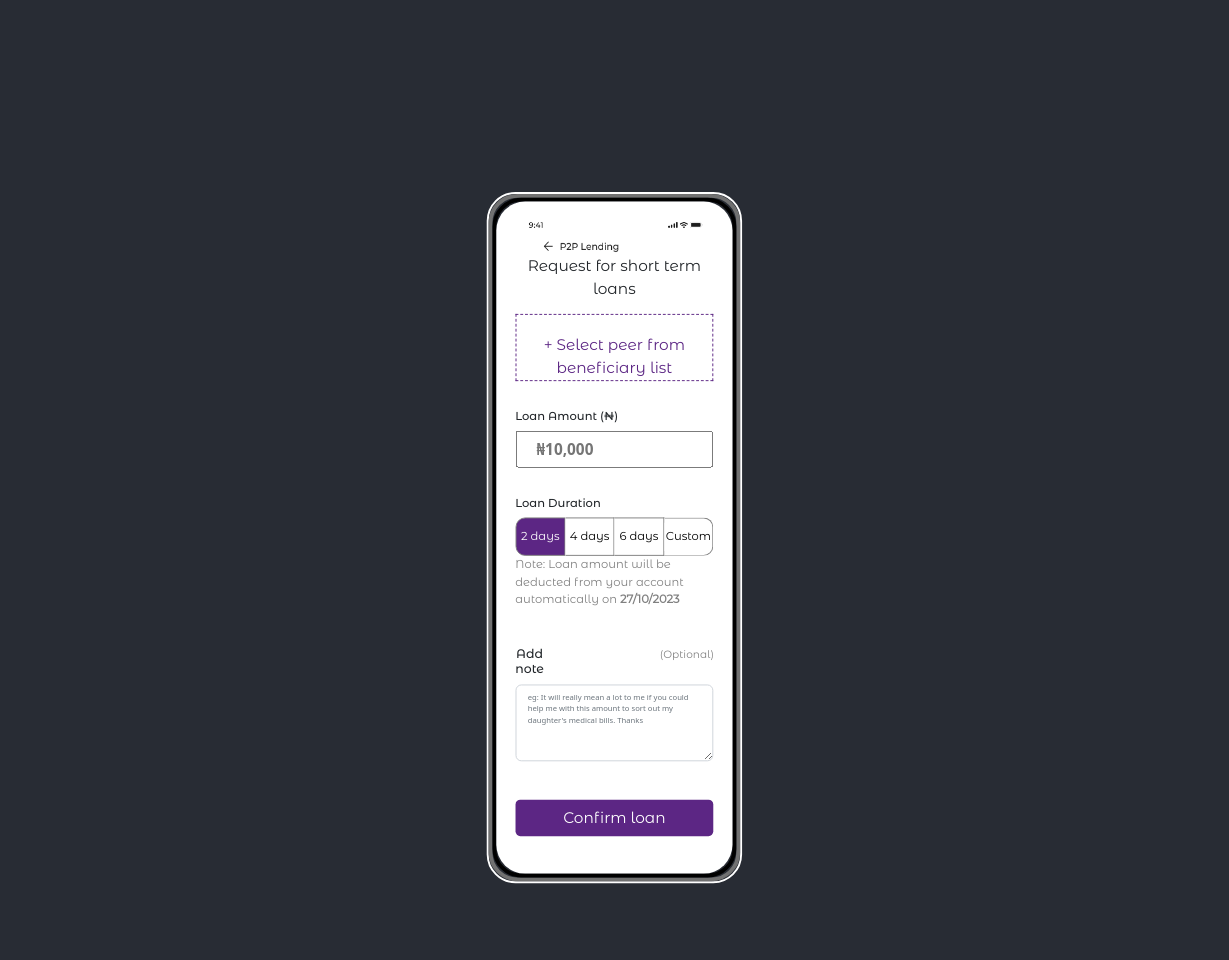
Repository: sarahnnanyelugo/fcmb-hackathon
Page: /loan-interface
The author's editor kept a copy of each file at every save. The page is drawn from the files as they stood at one save, then again after the next save.
The browser window is 1280 px wide. The pictures show the whole page, at 96% of full size.
The project was rebuilt for these pictures with package versions that can differ from the ones it lists, and the page was loaded fresh each time. Also part of the build but not shown: src/Pages/Home.js.

Above is the page before, as saved 2023-10-28 22:27:05.

### src/App.js
import "bootstrap/dist/css/bootstrap.min.css";
import { BrowserRouter, Routes, Route, Link, Outlet } from "react-router-dom";
import Home from "./Pages/Home";
import LoanInterface from "./Pages/LoanInterface";
import "./App.scss";
function App() {
  return (
    <>
      <Routes>
        <Route path="/" element={<Home />} />
        <Route path="loan-interface" element={<LoanInterface />} />
      </Routes>
    </>
  );
}
export default App;

### src/Pages/LoanInterface.js
import Top from "../assets/images/top.png";
import Back from "../assets/images/back.png";

import "./style.scss";
import { useState } from "react";
import { Link } from "react-router-dom";
import Beneficiaries from "../components/Beneficiaries";

function LoanInterface() {
  const [toDuration, setToDuration] = useState("2 days");
  function setThisDuration(curr) {
    if (curr !== toDuration) {
      setToDuration(curr);
    }
  }
  return (
    <>
      <div className="app-header">
        <center>
          <div className="col-md-3">
            <center>
              <div className="col-md-10 app">
                <div className="app-inner">
                  <div className="app-inner2">
                    <div className="app-face">
                      {" "}
                      <img src={Top} alt="icon" width="100%" />{" "}
                      <div className="col-md-12">
                        {" "}
                        <Link to={"/"} style={{ float: "left" }}>
                          {" "}
                          <img src={Back} alt="icon" width="60%" />
                        </Link>
                        <p style={{ float: "left" }}>
                          Request for short term loans
                        </p>
                      </div>
                      <div className="col-md-12">
                        {" "}
                        <Beneficiaries />
                      </div>
                      <div className="col-md-12 amount">
                        <h6 style={{ float: "left" }}>Loan Amount (₦)</h6>
                        <input placeholder="₦10,000" type="text" />
                      </div>
                      <div className="col-md-12 duration">
                        <h6 style={{ float: "left" }}>Loan Duration</h6>

                        <div className="col-md-12 flexy button-holder">
                          <button
                            onClick={() => setThisDuration("2 days")}
                            id="btn1"
                            className={` ${
                              toDuration === "2 days" ? "curr-active" : ""
                            }`}
                          >
                            2 days
                          </button>
                          <button
                            onClick={() => setThisDuration("4 days")}
                            id="btn2"
                            className={` ${
                              toDuration === "4 days" ? "curr-active" : ""
                            }`}
                          >
                            4 days
                          </button>
                          <button
                            onClick={() => setThisDuration("6 days")}
                            id="btn3"
                            className={` ${
                              toDuration === "6 days" ? "curr-active" : ""
                            }`}
                          >
                            6 days
                          </button>
                          <button
                            onClick={() => setThisDuration("Custom")}
                            id="btn4"
                            className={` ${
                              toDuration === "Custom" ? "curr-active" : ""
                            }`}
                          >
                            Custom
                          </button>
                        </div>
                        <p>
                          Note: Loan amount will be deducted from your account
                          automatically on <span> 27/10/2023</span>
                        </p>
                      </div>
                      <div className="col-md-12 remark">
                        <div className="flexy">
                          {" "}
                          <h6>Add note</h6>
                          <small className="offset-md-7">(Optional)</small>
                        </div>
                        <textarea
                          placeholder="eg: It will really mean a lot to me if you could help me with this amount to sort out my daughter's medical bills. Thanks"
                          className="form-control"
                        />
                      </div>
                      <center>
                        <button className="confirm-btn">Confirm loan</button>
                      </center>
                    </div>
                  </div>
                </div>
              </div>
            </center>
          </div>
        </center>
      </div>
    </>
  );
}

export default LoanInterface;

### src/App.scss
@font-face {
  font-family: montB;
  src: url(./assets/fonts/mont/MontserratAlternates-Medium.otf);
}
@font-face {
  font-family: montBB;
  src: url(./assets/fonts/mont/MontserratAlternates-Bold.otf);
}
@font-face {
  font-family: montR;
  src: url(./assets/fonts/mont/MontserratAlternates-Regular.otf);
}

h1,
h2,
h3,
h4,
h5,
h6 {
  font-family: montB;
}
p,
small,
button,
a,
li {
  font-family: montR;
}

### src/Pages/style.scss
.app-header {
  background-color: #282c34;
  height: 1000px;
  padding-top: 200px;
  width: 100%;
}

.app {
  border: solid 2px #fff;
  height: 720px;
  border-radius: 30px;
}
.app-inner {
  border: solid 4px #717171;
  height: 100%;
  border-radius: 30px;
}
.app-inner2 {
  border: solid 4px #000;
  height: 100%;
  border-radius: 30px;
}
.app-face {
  background: #fff;
  height: 100%;
  border-radius: 30px;
  padding: 10px 20px 0px 20px;
  a {
    color: #5c2684;
    text-decoration: none;
    font-size: 12px;
    font-weight: bold;
  }
}
.flexy {
  display: flex;
}
.flexy1 {
  flex-grow: 1;
}
.balance {
  h5 {
    color: #5c2684;
    margin-bottom: 30px;
  }
  small {
    font-size: 11px;
  }
  img {
    margin-top: -10px;
  }
}
.access {
  margin-top: 50px;
  h6 {
    font-size: 12px;
    margin-top: 5px;
  }
  a {
    color: #000;
  }
}
.access2 {
  margin-top: 20px;
  margin-bottom: 20px;
  h6 {
    font-size: 12px;
    margin-top: 5px;
  }
  a {
    color: #000;
  }
}
.transactions {
  margin-top: 20px;
  h6 {
    font-size: 12px;
    margin-bottom: 0 !important;
    margin-top: 10px;
  }
  a {
    font-size: 10px;
    color: grey;
    text-decoration: none;
    margin-top: 0;
  }
}
.footer {
  border-top: solid 1px rgb(202, 201, 201);
  padding-top: 15px;
  margin-top: 10px;
  h6 {
    font-size: 11px;
  }
}
.dash {
  border-radius: 10px;
  border: solid 2px black;
  height: 2px;
}
.amount {
  margin-top: 30px;
  h6 {
    font-size: 12px;
  }
  input {
    padding: 5px 20px;
    width: 100%;
    font-weight: bold;
    color: #000 !important;
  }
}
.duration {
  margin-top: 30px;
  h6 {
    font-size: 12px;
  }
  p {
    font-size: 12px;
    color: grey;
    text-align: left;
    span {
      font-weight: bold;
    }
  }
  button {
    border: none;
    padding: 10px 0px;
    font-size: 12px;
    width: 100%;
    background: #fff;
    border-top: solid 1px grey;
    border-bottom: solid 1px grey;
  }
  #btn1 {
    border-top-left-radius: 10px;
    border-bottom-left-radius: 10px;
    border-left: solid 1px grey;
  }
  #btn4 {
    border-top-right-radius: 10px;
    border-bottom-right-radius: 10px;
  }
  #btn4,
  #btn1,
  #btn2,
  #btn3 {
    border-right: solid 1px grey;
  }
}
.curr-active {
  background: #5c2684 !important;
  color: #fff !important;
}
.remark {
  margin-top: 40px;
  h6 {
    font-size: 13px;
  }
  small {
    font-size: 11px;
    color: grey;
  }
  textarea {
    height: 80px;
    font-size: 8px;
  }
}
.confirm-btn {
  background: #5c2684;
  color: #fff;
  width: 100%;
  margin-top: 40px;
  border: none;
  border-radius: 5px;
  padding: 7px 0;
}

### src/components/Beneficiaries.js
import { useState } from "react";
import Button from "react-bootstrap/Button";
import Modal from "react-bootstrap/Modal";
import "./components.scss";
import Bank from "../assets/images/bank.png";

function Beneficiaries() {
  const [show, setShow] = useState(false);

  const handleClose = () => setShow(false);
  const handleShow = () => setShow(true);

  return (
    <>
      <div onClick={handleShow} className="beneficiary-modal">
        <p>+ Select peer from beneficiary list</p>
      </div>
      <Modal
        show={show}
        onHide={handleClose}
        size="sm"
        aria-labelledby="contained-modal-title-vcenter"
        centered
      >
        <Modal.Header closeButton>
          <Modal.Title>
            <h6>Select Peer</h6>
          </Modal.Title>
        </Modal.Header>
        <Modal.Body>
          <div className="col-md-12 modal-inside">
            <form>
              <input type="search" placeholder="search" />
            </form>
            <div className="flexy">
              {" "}
              <div className="col-md-2">
                {" "}
                <img src={Bank} alt="icon" width="80%" />
              </div>
              <div>
                <h6>Team 1</h6>
                <p>Second Bank</p>
              </div>
            </div>
            <div className="flexy">
              {" "}
              <div className="col-md-2">
                {" "}
                <img src={Bank} alt="icon" width="80%" />
              </div>
              <div>
                <h6>Account name4</h6>
                <p>Bank name4</p>
              </div>
            </div>
            <div className="flexy">
              {" "}
              <div className="col-md-2">
                {" "}
                <img src={Bank} alt="icon" width="80%" />
              </div>
              <div>
                <h6>Account name3</h6>
                <p>Bank name3</p>
              </div>
            </div>
            <center>
              <a href="#">View more</a>
            </center>
          </div>
        </Modal.Body>
      </Modal>
    </>
  );
}

export default Beneficiaries;

### src/components/components.scss
.beneficiary-modal {
  height: 70px;
  width: 100%;
  border: dashed 1px #5c2684;
  margin-top: 80px;
  color: #5c2684;
  padding-top: 20px;
}
// .modal-body {
//   border: none !important;
// }
.modal-inside {
  input {
    margin-bottom: 30px;
    border: solid 1px rgb(215, 213, 213);
    width: 100%;
    padding: 5px 20px;
  }
  img {
    border-radius: 50%;
  }
  h6 {
    font-size: 13px;
    margin-bottom: 0 !important;
  }
  p {
    font-size: 11px;
  }
  a {
    color: #5c2684;
    font-size: 11px;
    font-weight: bold;
    text-decoration: none;
  }
}

Loaded but not shown: public/index.html (common file); src/index.js (common file); src/index.css (common file); src/reportWebVitals.js (common file)

After the next save:
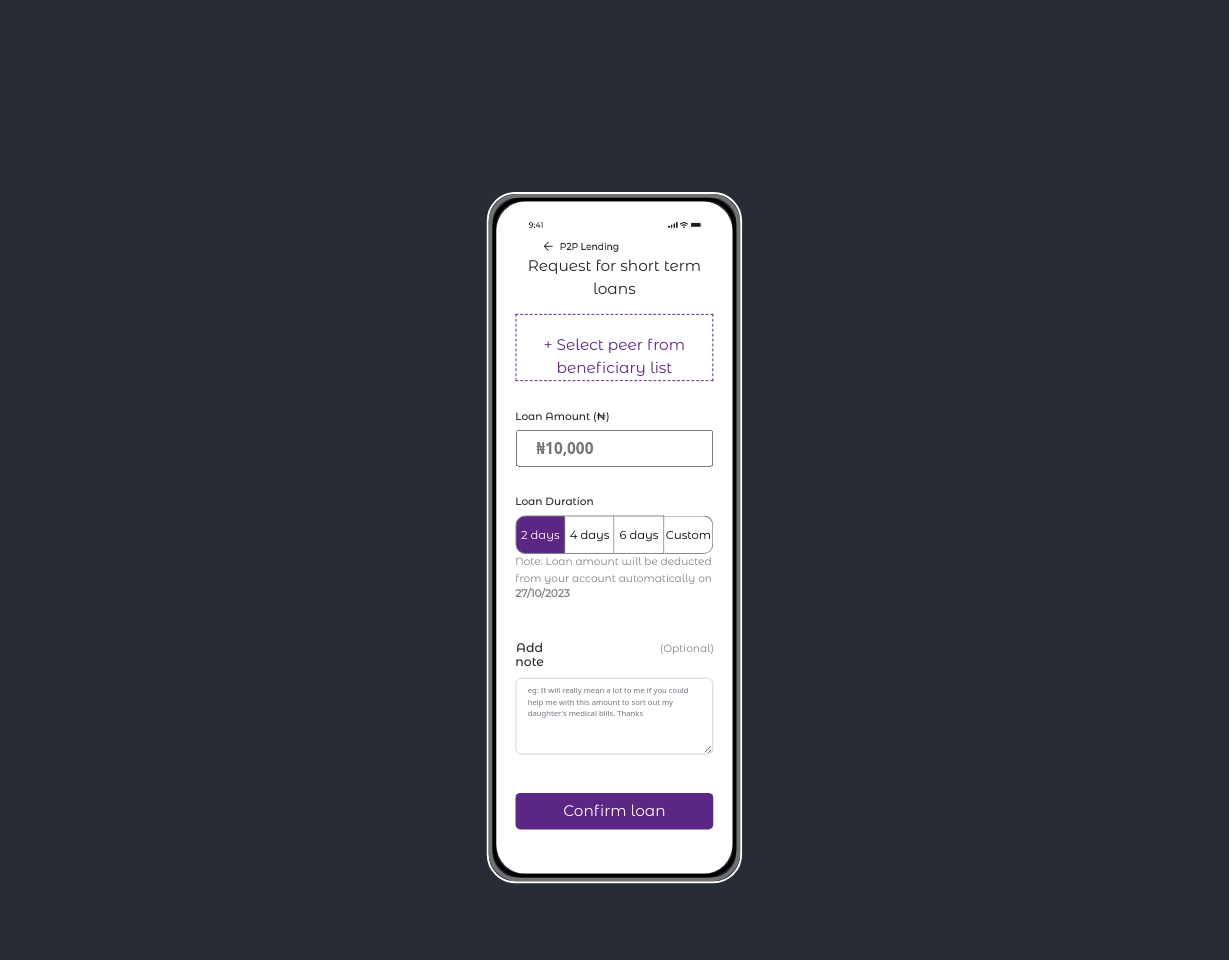
Saved 70 s later.
--- a/src/Pages/style.scss
+++ b/src/Pages/style.scss
@@ -74,7 +74,7 @@
 .transactions {
   margin-top: 20px;
   h6 {
-    font-size: 12px;
+    font-size: 11px;
     margin-bottom: 0 !important;
     margin-top: 10px;
   }
@@ -101,7 +101,7 @@
 .amount {
   margin-top: 30px;
   h6 {
-    font-size: 12px;
+    font-size: 11px;
   }
   input {
     padding: 5px 20px;
@@ -113,10 +113,10 @@
 .duration {
   margin-top: 30px;
   h6 {
-    font-size: 12px;
+    font-size: 11px;
   }
   p {
-    font-size: 12px;
+    font-size: 11px;
     color: grey;
     text-align: left;
     span {
